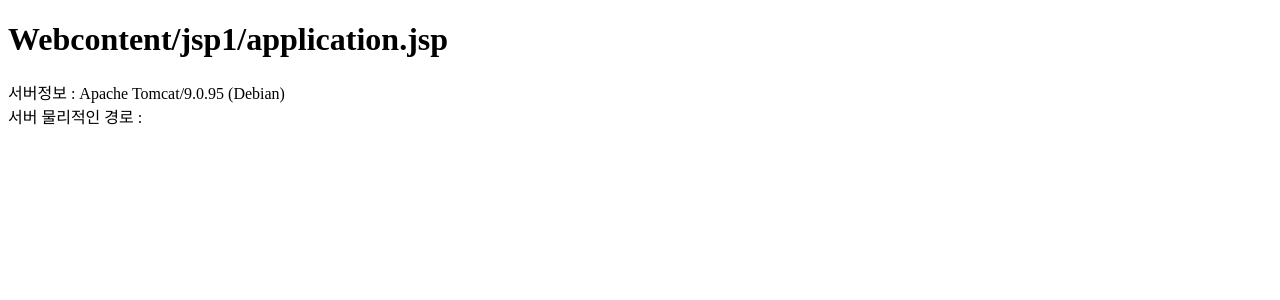
Repository: ReadStar/workspace_jsp
Page: http://localhost/StudyJSP/jsp1/application.jsp
The author's editor kept a copy of each file at every save. The page is drawn from the files as they stood at one save, then again after a run of saves.
The browser window is 1280 px wide. The pictures show the whole page.
The page is served by Tomcat 9. Other server files are loaded and not shown.

Above is the page before, as saved 2020-08-10 02:44:00.

### StudyJSP/WebContent/jsp1/application.jsp
<%@ page language="java" contentType="text/html; charset=UTF-8"
    pageEncoding="UTF-8"%>
<!DOCTYPE html>
<html>
<head>
<meta charset="UTF-8">
<title>Insert title here</title>
</head>
<body>
<h1>Webcontent/jsp1/application.jsp</h1>
<%
//application 내장객체 :
//										웹 애플리케이션(웹서버에서 동작하는 프로젝트 ) 정보 저장 내장객체
//									:	서버가 start되면 application기억장소 하나만 만들어짐
//									:	서버가stop되면 application기억장소 사라짐
%>
서버정보 : <%=application.getServerInfo() %><br>
서버 물리적인 경로 :
</body>
</html>

After the next 2 saves:
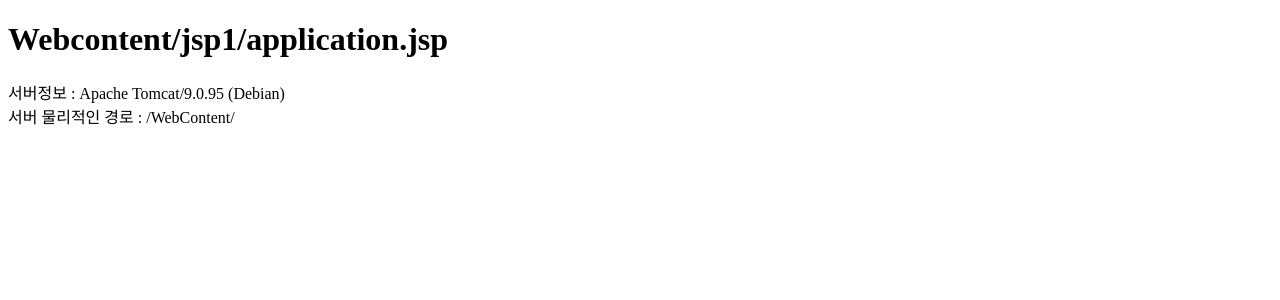
The 2 saves are shown as one change because they came seconds apart.
The last was saved 16 s later.
--- a/StudyJSP/WebContent/jsp1/application.jsp
+++ b/StudyJSP/WebContent/jsp1/application.jsp
@@ -15,6 +15,6 @@
 //									:	서버가stop되면 application기억장소 사라짐
 %>
 서버정보 : <%=application.getServerInfo() %><br>
-서버 물리적인 경로 :
+서버 물리적인 경로 : 	<%=application.getRealPath("/") %><br>
 </body>
 </html>
